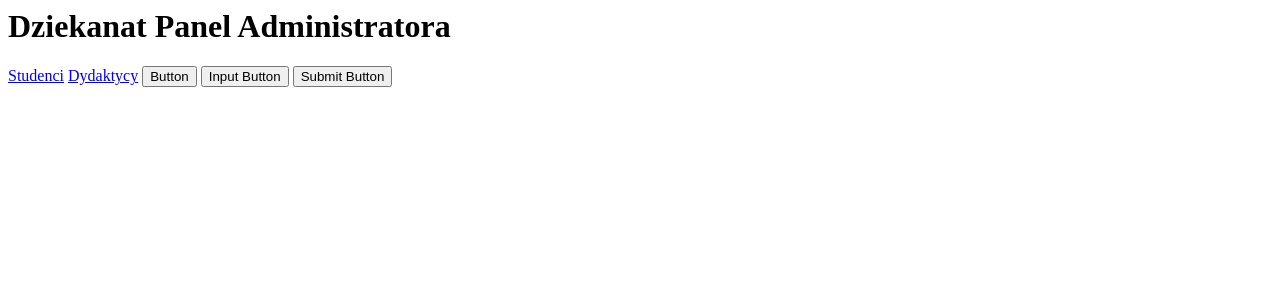
Repository: wojciechDrozd/php
Page: http://localhost/adminMenuBar.php
An editor plug-in stored every save of this project. The page is shown before and after the next save, followed by the edit.
The browser window is 1280 px wide. The pictures show the whole page.
The page is run by PHP 8.4 with error messages shown; the project is at /var/www/html/.

Above is the page before, as saved 2017-04-12 19:26:03.

### 1/CRUDexample/adminMenuBar.php
<div class="container">
	<div class="row">
		<div class="col-md-12">
			<h1>Dziekanat Panel Administratora</h1>
		</div>
	</div>
	<div class="row">
		<div class="container">
			<a href="studentsTable.php" class="btn btn-info" role="button">Studenci</a>
			<a href="teachersTable.php" class="btn btn-info" role="button">Dydaktycy</a>
			<button type="button" class="btn btn-info">Button</button>
			<input type="button" class="btn btn-info" value="Input Button"> <input
				type="submit" class="btn btn-info" value="Submit Button">
		</div>
	</div>
</div>

After the next save:
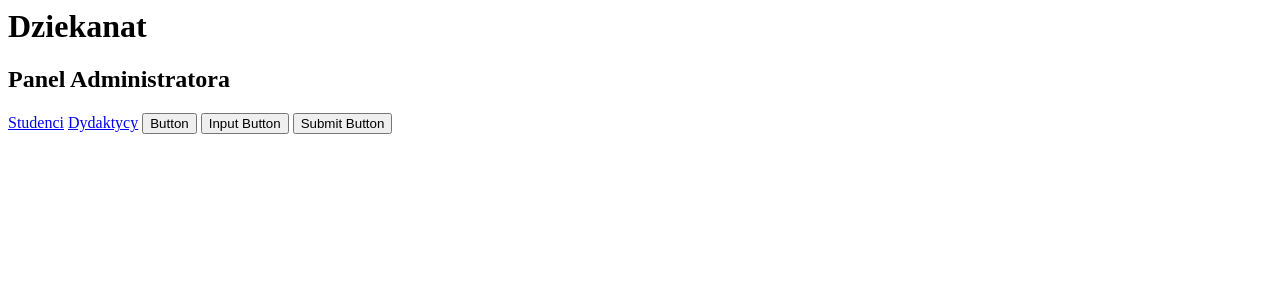
Saved 19 s later.
--- a/1/CRUDexample/adminMenuBar.php
+++ b/1/CRUDexample/adminMenuBar.php
@@ -1,7 +1,8 @@
 <div class="container">
 	<div class="row">
 		<div class="col-md-12">
-			<h1>Dziekanat Panel Administratora</h1>
+			<h1>Dziekanat</h1>
+			<h2>Panel Administratora</h2>
 		</div>
 	</div>
 	<div class="row">
